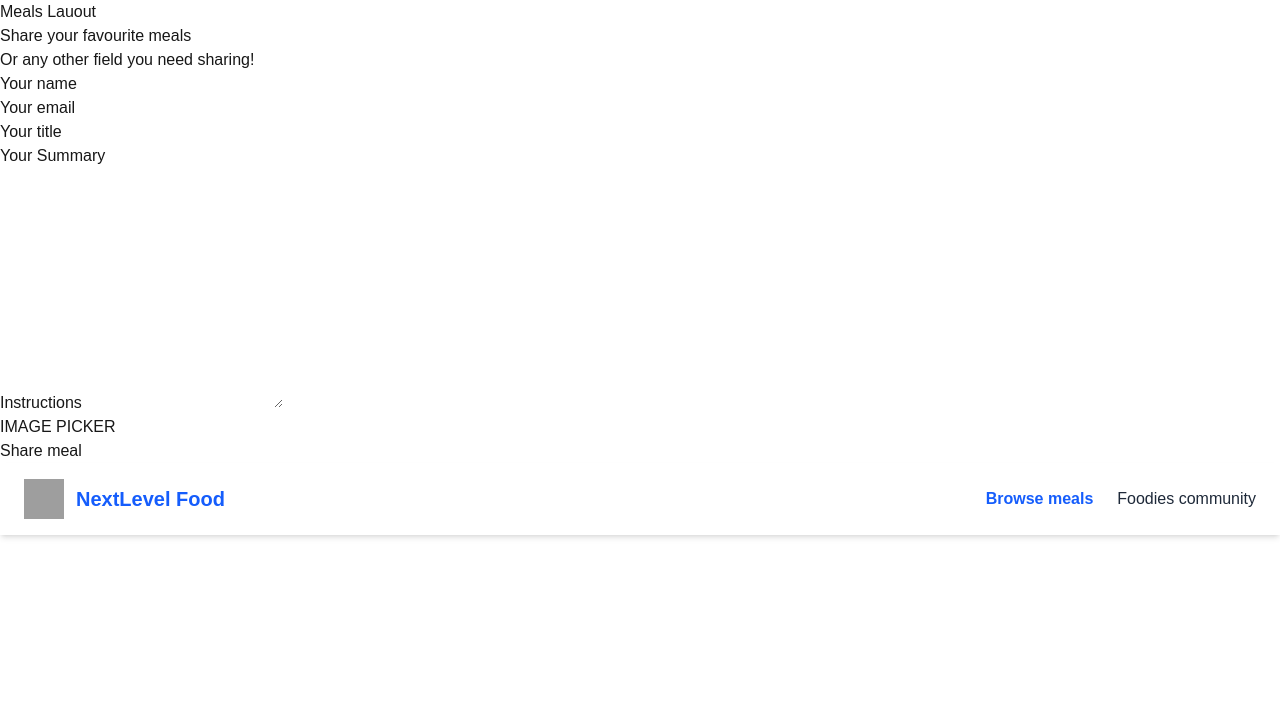
Repository: ananya2420/my-next-app
Page: /meals/share
The author's editor kept a copy of each file at every save. The page is drawn from the files as they stood at one save, then again after the next save.
The browser window is 1280 px wide. The pictures show the whole page.
Pictures or frames that could not be fetched are drawn as grey boxes. The project was rebuilt for these pictures with package versions that can differ from the ones it lists, and the page was loaded fresh each time. The framework's server and built-in components were replaced by stand-ins that run in the browser. Also part of the build but not shown: next.config.mjs.

Above is the page before, as saved 2025-03-29 13:44:47.

### src/app/layout.js
//import { Geist, Geist_Mono } from "next/font/google";
import MainHeader from "../../components/main-header";

import "./globals.css";

/*
const geistSans = Geist({
  variable: "--font-geist-sans",
  subsets: ["latin"],
});

const geistMono = Geist_Mono({
  variable: "--font-geist-mono",
  subsets: ["latin"],
});
*/

export const metadata = {
  title: "Create Next App",
  description: "Generated by create next app",
};

export default function RootLayout({ children }) {
  return (
    <html lang="en">
    {/*  <body
       className={`${geistSans.variable} ${geistMono.variable} antialiased`}
      > */}
      <body>
        {children}
        <MainHeader />

      </body>
    </html>
  );
}

### src/app/meals/layout.js
export default function MealsLayout({children}){
    return <>
    <p>Meals Lauout</p>
    {children}

    </>
}

### src/app/meals/share/page.js
export default function ShareMealPage(){

    //console.log('Meals page');

    return(
    <>
    <header>
        <h1>Share your <span>favourite meals</span></h1>
        <p>Or any other field you need sharing!</p>
    </header>

    <main>
        <form>
            <div>
                <p>
                    <label htmlFor="name">Your name</label>
                    <input type='text' id='name' name='name' required />

                </p>

                <p>
                    <label htmlFor="email">Your email</label>
                    <input type='email' id='email' name='email' required />

                </p>

                <p>
                    <label htmlFor="title">Your title</label>
                    <input type='title' id='title' name='title' required />

                </p>

                <p>
                    <label htmlFor="summary">Your Summary</label>
                    <input type='summary' id='sumary' name='summary' required />

                </p>

                <p>
                    <label htmlFor="instructions">Instructions</label>
                    <textarea id='instructions' name='instructons' rows='10' required></textarea>
                </p>
                IMAGE PICKER
                <p><button type='submit'>Share meal</button></p>




            </div>
        </form>

    </main>
    </>
    )
}

### components/main-header.js


import Link from "next/link";
import logoImg from './assets/icon/logo.png'
import NavLink from "./nav-link";
//import { usePathname } from "next/navigation";

export default function MainHeader() {
  //const path = usePathname();

  return (
    <header className="flex items-center justify-between bg-white shadow-md px-6 py-4">
      {/* Logo and Branding */}
      <Link href="/" className="flex items-center space-x-3 text-xl font-bold text-gray-800">
        <img src={logoImg} alt="A plate with food on it" className="w-10 h-10" />
        <span className="text-blue-600">NextLevel Food</span>
      </Link>

      {/* Navigation */}
      <nav>
        <ul className="flex space-x-6">
          <li>
           <NavLink href="/meals">Browse meals</NavLink>
          </li>
          <li>
            <NavLink href="/community">Foodies community</NavLink>
          </li>
        </ul>
      </nav>
    </header>
  );
}

### src/app/globals.css
@import "tailwindcss";

/* styles/globals.css */
@tailwind base;
@tailwind components;
@tailwind utilities;



:root {
  --background: #ffffff;
  --foreground: #171717;
}

@theme inline {
  --color-background: var(--background);
  --color-foreground: var(--foreground);
  --font-sans: var(--font-geist-sans);
  --font-mono: var(--font-geist-mono);
}

@media (prefers-color-scheme: dark) {
  :root {
    --background: #0a0a0a;
    --foreground: #ededed;
  }
}
*{
  box-sizing: border-box;
}
html{
  font-family: 'Open sans',sans-serif;
  height:100%;
}
body {
  height: 100%;
  margin: 0;
  color:#ddd8e4;
  background: var(--background);
  color: var(--foreground);
  font-family: Arial, Helvetica, sans-serif;
}

### components/nav-link.js
"use client";

import Link from "next/link";
import { usePathname } from "next/navigation";

export default function NavLink({href,children}){

  const path =   usePathname();
    return  <Link href={href} className={`${path.startsWith(href) ? 'text-blue-600 font-bold' : 'text-gray-800'}`}>
   {children}
  </Link>
}

After the next save:
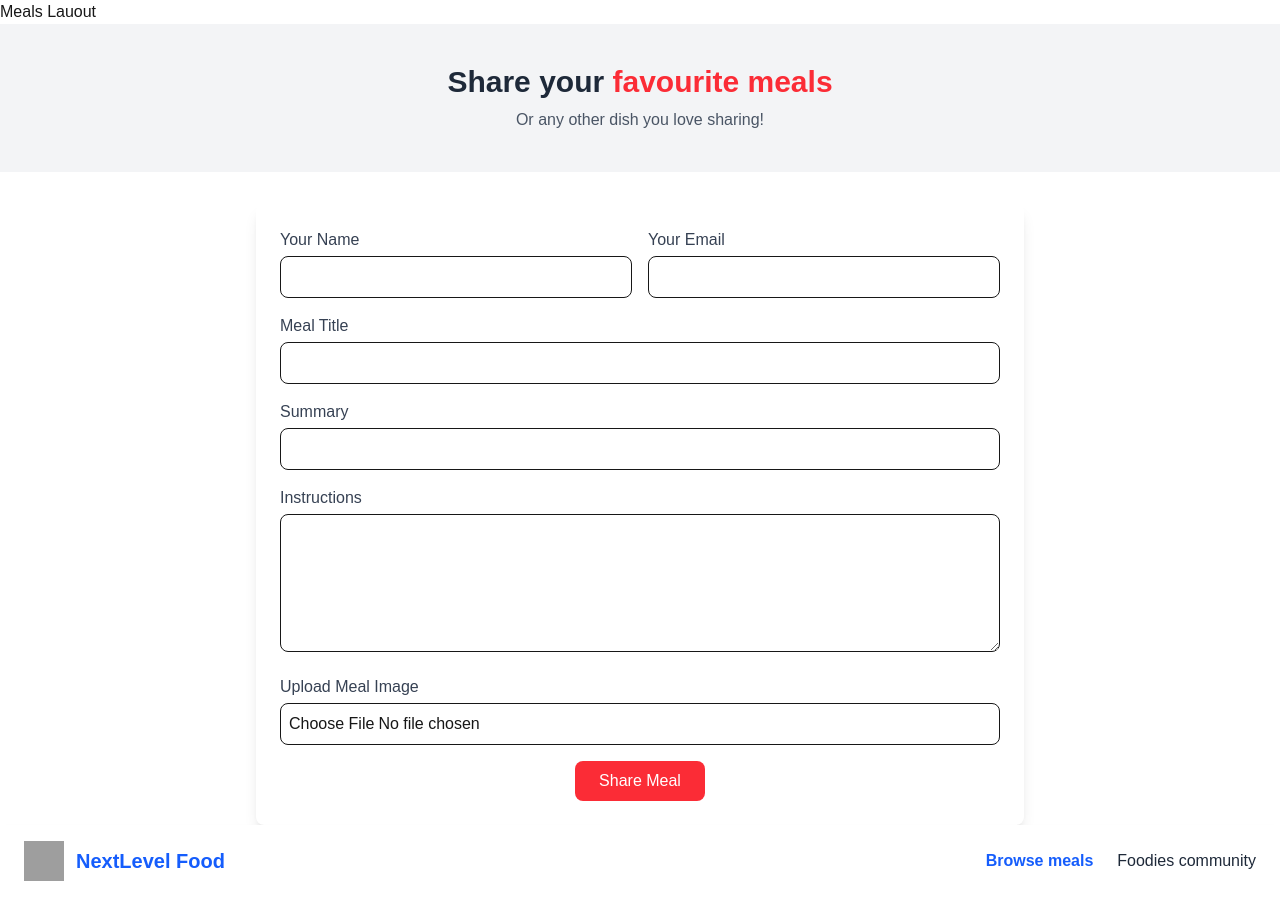
Saved 2 min 42 s later.
--- a/src/app/meals/share/page.js
+++ b/src/app/meals/share/page.js
@@ -1,55 +1,112 @@
-export default function ShareMealPage(){
+export default function ShareMealPage() {
+    return (
+      <>
+        <header className="bg-gray-100 py-10 text-center">
+          <h1 className="text-3xl font-bold text-gray-800">
+            Share your <span className="text-red-500">favourite meals</span>
+          </h1>
+          <p className="text-gray-600 mt-2">Or any other dish you love sharing!</p>
+        </header>
 
-    //console.log('Meals page');
+        <main className="max-w-3xl mx-auto p-6 bg-white shadow-lg rounded-lg mt-8">
+          <form className="space-y-4">
+            <div className="grid grid-cols-1 md:grid-cols-2 gap-4">
+              {/* Name */}
+              <div>
+                <label htmlFor="name" className="block text-gray-700 font-medium">
+                  Your Name
+                </label>
+                <input
+                  type="text"
+                  id="name"
+                  name="name"
+                  required
+                  className="w-full mt-1 p-2 border rounded-lg focus:ring-2 focus:ring-red-400 focus:outline-none"
+                />
+              </div>
 
-    return(
-    <>
-    <header>
-        <h1>Share your <span>favourite meals</span></h1>
-        <p>Or any other field you need sharing!</p>
-    </header>
+              {/* Email */}
+              <div>
+                <label htmlFor="email" className="block text-gray-700 font-medium">
+                  Your Email
+                </label>
+                <input
+                  type="email"
+                  id="email"
+                  name="email"
+                  required
+                  className="w-full mt-1 p-2 border rounded-lg focus:ring-2 focus:ring-red-400 focus:outline-none"
+                />
+              </div>
+            </div>
 
-    <main>
-        <form>
+            {/* Title */}
             <div>
-                <p>
-                    <label htmlFor="name">Your name</label>
-                    <input type='text' id='name' name='name' required />
+              <label htmlFor="title" className="block text-gray-700 font-medium">
+                Meal Title
+              </label>
+              <input
+                type="text"
+                id="title"
+                name="title"
+                required
+                className="w-full mt-1 p-2 border rounded-lg focus:ring-2 focus:ring-red-400 focus:outline-none"
+              />
+            </div>
 
-                </p>
+            {/* Summary */}
+            <div>
+              <label htmlFor="summary" className="block text-gray-700 font-medium">
+                Summary
+              </label>
+              <input
+                type="text"
+                id="summary"
+                name="summary"
+                required
+                className="w-full mt-1 p-2 border rounded-lg focus:ring-2 focus:ring-red-400 focus:outline-none"
+              />
+            </div>
 
-                <p>
-                    <label htmlFor="email">Your email</label>
-                    <input type='email' id='email' name='email' required />
+            {/* Instructions */}
+            <div>
+              <label htmlFor="instructions" className="block text-gray-700 font-medium">
+                Instructions
+              </label>
+              <textarea
+                id="instructions"
+                name="instructions"
+                rows="5"
+                required
+                className="w-full mt-1 p-2 border rounded-lg focus:ring-2 focus:ring-red-400 focus:outline-none"
+              ></textarea>
+            </div>
 
-                </p>
+            {/* Image Picker */}
+            <div>
+              <label htmlFor="image" className="block text-gray-700 font-medium">
+                Upload Meal Image
+              </label>
+              <input
+                type="file"
+                id="image"
+                name="image"
+                accept="image/*"
+                className="w-full mt-1 p-2 border rounded-lg"
+              />
+            </div>
 
-                <p>
-                    <label htmlFor="title">Your title</label>
-                    <input type='title' id='title' name='title' required />
-
-                </p>
-
-                <p>
-                    <label htmlFor="summary">Your Summary</label>
-                    <input type='summary' id='sumary' name='summary' required />
-
-                </p>
-
-                <p>
-                    <label htmlFor="instructions">Instructions</label>
-                    <textarea id='instructions' name='instructons' rows='10' required></textarea>
-                </p>
-                IMAGE PICKER
-                <p><button type='submit'>Share meal</button></p>
-
-
-
-
+            {/* Submit Button */}
+            <div className="text-center">
+              <button
+                type="submit"
+                className="bg-red-500 text-white px-6 py-2 rounded-lg hover:bg-red-600 transition duration-200"
+              >
+                Share Meal
+              </button>
             </div>
-        </form>
-
-    </main>
-    </>
-    )
-}
+          </form>
+        </main>
+      </>
+    );
+  }
